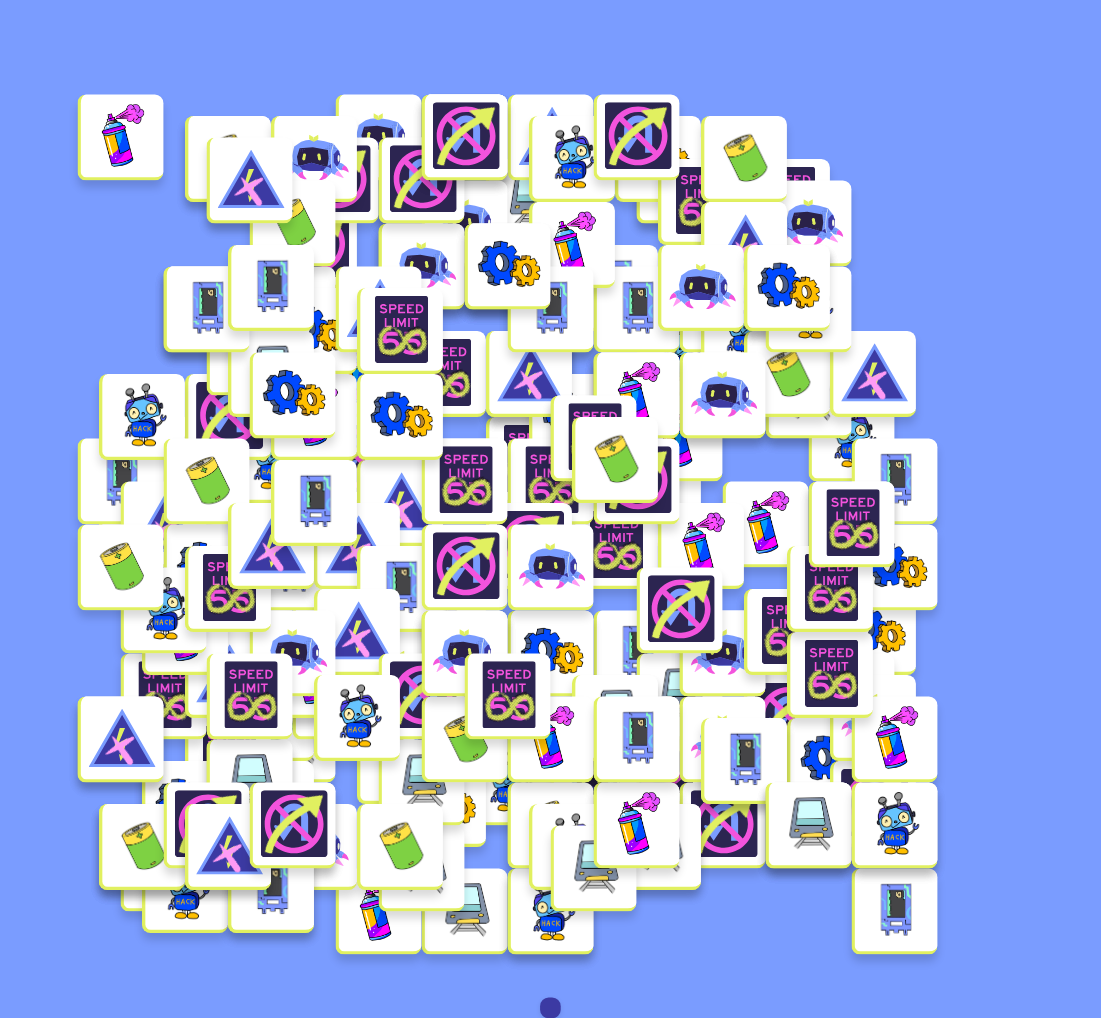
Repository: Avril-Cui/hack-puzzle
Page: / (app in client/)
These files come from the project's save history. The page is drawn as it stood at one moment and after the next save; the edit follows.
The browser window is 1280 px wide. The pictures show the whole page, at 86% of full size.
The project was rebuilt for these pictures with package versions that can differ from the ones it lists, and the page was loaded fresh each time. The framework's server and built-in components were replaced by stand-ins that run in the browser. Also part of the build but not shown: client/next.config.ts.

Above is the page before, as saved 2025-06-11 19:50:33.

### client/app/page.tsx
import Game from "../components/Game";

export default function Home() {
  return (
    <div>
      <Game />
    </div>
  );
}

### client/app/globals.css
@import "tailwindcss";

:root {
  --background: #7A9CFF;
}

@theme inline {
  --color-background: var(--background);
  --color-foreground: var(--foreground);
  --font-sans: var(--font-geist-sans);
  --font-mono: var(--font-geist-mono);
}

@media (prefers-color-scheme: dark) {
  :root {
    --background: #7A9CFF;
  }
}

body {
  background: var(--background);
  color: var(--foreground);
  font-family: Arial, Helvetica, sans-serif;
}

### client/components/Game.tsx
"use client";
import React, { useEffect, useState } from "react";
import styles from "./Game.module.css";

interface Tile {
  id: string;
  x: number;
  y: number;
  z: number;
  status: number;
  isCover: boolean;
  iconName: string;
}

const CELL_SIZE = 100;
const ICONS = ["🍀", "🌈", "⚙️", "🐏", "🐯", "🐤", "📚", "🧠", "💻", "🐼"];

const PuzzleGame: React.FC = () => {
  const [tiles, setTiles] = useState<Tile[]>([]);
  const [queue, setQueue] = useState<Tile[]>([]);

  useEffect(() => {
    fetch("/scene.json")
      .then((res) => res.json())
      .then((data) => {
        setTiles(data);
      });
  }, []);

  const handleClick = (tile: Tile) => {
    if (tile.isCover || tile.status !== 0 || queue.length >= 7) return;
    setQueue((prev) => [...prev, tile]);
    setTiles((prev) =>
      prev.map((t) => (t.id === tile.id ? { ...t, status: 1 } : t))
    );
  };

  const getEmoji = (iconName: string): string => {
    const index = parseInt(iconName.replace("icon_", ""));
    return ICONS[index] || "❓";
  };

  const getIconPath = (iconName: string): string => {
    const extMap: Record<string, string> = {
      icons0: "svg",
      icons1: "png",
      icons2: "png",
      icons3: "png",
      icons4: "svg",
      icons5: "jpg",
      icons6: "jpg",
      icons7: "jpg",
      icons8: "svg",
      icons9: "svg",
    };
    const ext = extMap[iconName] || "png";
    return `/icons/${iconName}.${ext}`;
  };

  return (
    <div className={styles.gameContainer}>
      <div className={styles.tileBoard}>
        {tiles.map((tile) => (
          <div
            key={tile.id}
            className={`${styles.tile} ${tile.isCover ? styles.covered : ""}`}
            style={{
              left: tile.x,
              top: tile.y,
              zIndex: tile.z,
            }}
            onClick={() => handleClick(tile)}
          >
            <div
              className={styles.tileInner}
              style={{ opacity: tile.status < 2 ? 1 : 0 }}
            >
              <img
                src={getIconPath(tile.iconName)}
                alt={tile.iconName}
                className={styles.tileInner}
                style={{ opacity: tile.status < 2 ? 1 : 0 }}
              />
            </div>
          </div>
        ))}
      </div>

      <div className={styles.queueBar}>
        {queue.map((tile) => (
          <div key={tile.id} className={styles.queueTile}>
            <img
              src={getIconPath(tile.iconName)}
              alt={tile.iconName}
              className={styles.tileInner}
              style={{ opacity: tile.status < 2 ? 1 : 0 }}
            />
          </div>
        ))}
      </div>
    </div>
  );
};

export default PuzzleGame;

### client/components/Game.module.css
.gameContainer {
  display: flex;
  flex-direction: column;
  align-items: center;
  margin-top: 10em;
}

.tileBoard {
  position: relative;
  width: 1000px;
  height: 900px;
  background-color: transparent; /* remove green board background */
}

.tile {
  position: absolute;
  width: 100px;
  height: 100px;
  background: white;
  border-radius: 10px;
  font-size: 40px;
  border-left: 4px solid #e1f060;
  border-bottom: 4px solid #e1f060;
  display: flex;
  align-items: center;
  justify-content: center;
  transition: transform 0.2s ease, opacity 0.3s ease;
  box-shadow: 0 8px 10px rgba(0, 0, 0, 0.15);
  cursor: pointer;
}

.tileInner {
  width: 100%;
  height: 100%;
  display: flex;
  justify-content: center;
  align-items: center;
  overflow: hidden;
  padding: 5%; /* optional, for consistent inner margin */
}

.tileInner img {
  max-width: 100%;
  max-height: 100%;
  object-fit: contain;
  pointer-events: none;
}

.covered {
  background: #ccc;
  opacity: 0.4;
  pointer-events: none;
}

.queueBar {
  margin-top: 100px;
  display: flex;
  justify-content: center;
  gap: 12px;
  padding: 12px;
  background: #3c3aa3;
  border-radius: 10px;
  box-shadow: 0 2px 6px rgba(0, 0, 0, 0.1);
}

.queueTile {
  width: 100px;
  height: 100px;
  background: white;
  border-radius: 10px;
  font-size: 40px;
  display: flex;
  align-items: center;
  justify-content: center;
  box-shadow: 0 2px 6px rgba(0, 0, 0, 0.1);
}

Loaded but not shown: client/app/layout.tsx (common file); client/public/scene.json (2162 lines, source omitted)

After the next save:
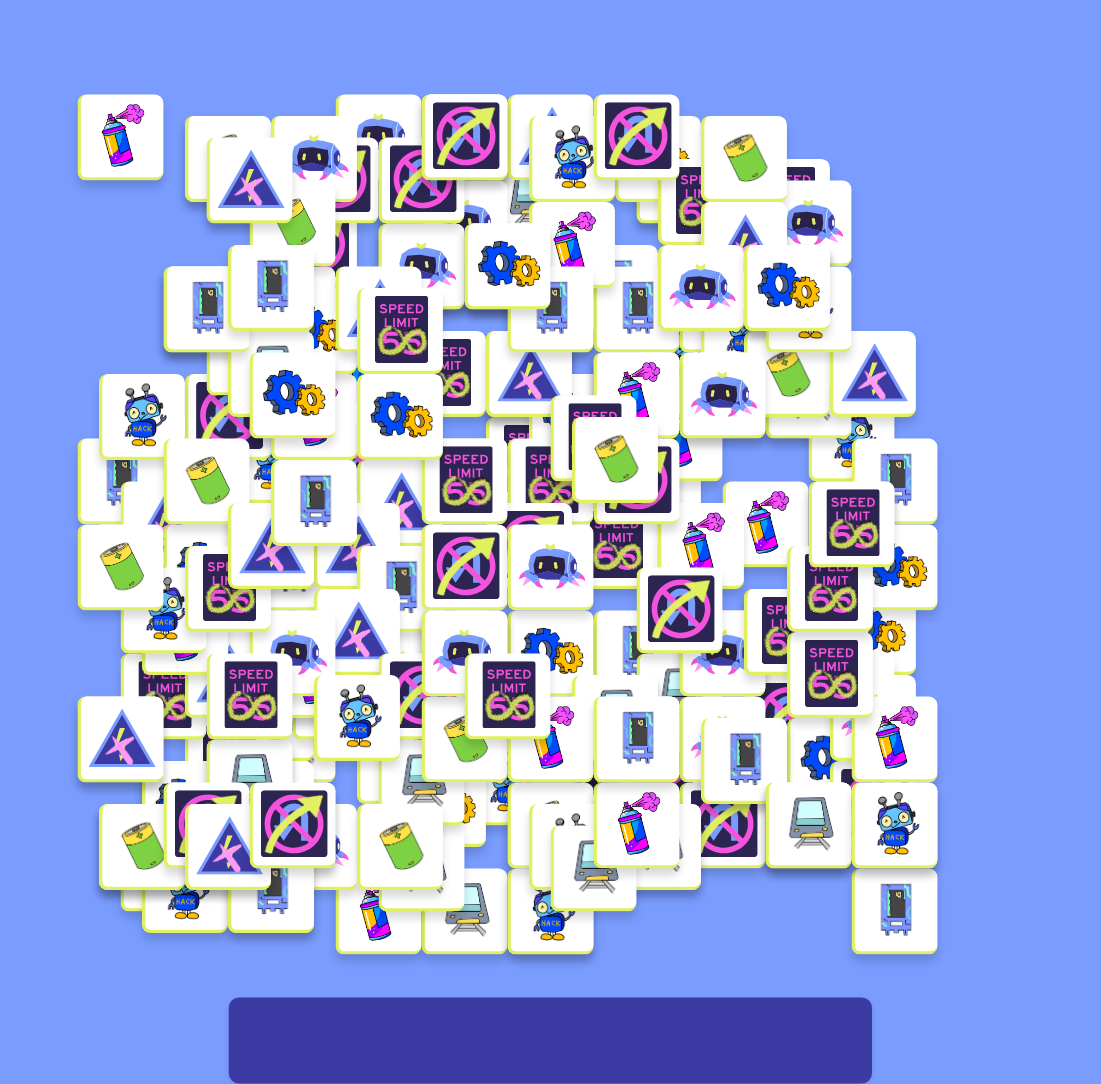
Saved 68 s later.
--- a/client/components/Game.module.css
+++ b/client/components/Game.module.css
@@ -63,14 +63,13 @@
   box-shadow: 0 2px 6px rgba(0, 0, 0, 0.1);
 }
 
-.queueTile {
-  width: 100px;
-  height: 100px;
-  background: white;
-  border-radius: 10px;
-  font-size: 40px;
+.queueBar {
   display: flex;
-  align-items: center;
-  justify-content: center;
-  box-shadow: 0 2px 6px rgba(0, 0, 0, 0.1);
+  justify-content: flex-start;
+  gap: 8px;
+  padding: 12px 16px;
+  background-color: #3c3aa3;
+  border-radius: 12px;
+  width: calc((100px * 7) + (8px * 6)); /* = 748px */
+  min-height: 100px; /* same as tile height */
 }
